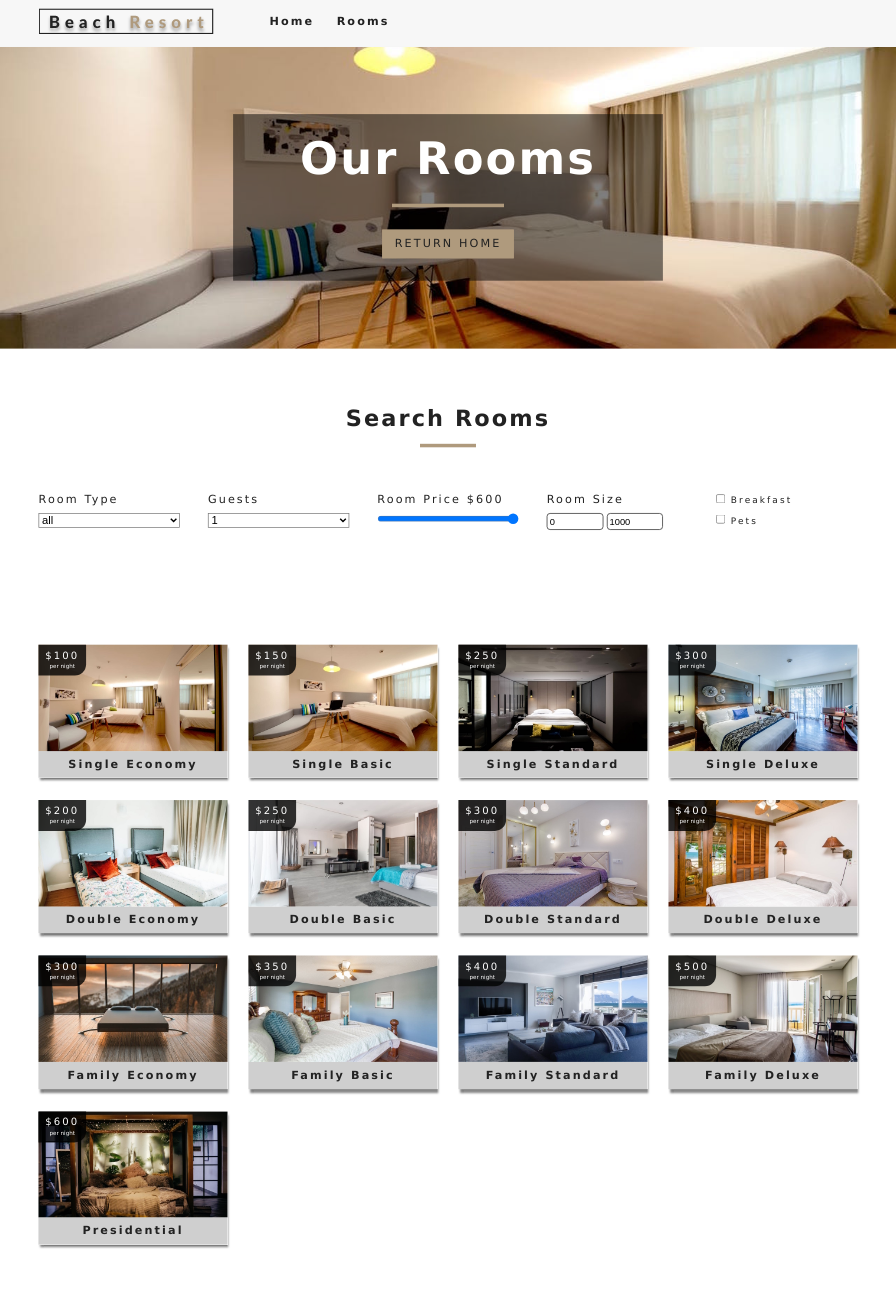
Repository: thanhn379/react-beach-resort
Page: /rooms
The author's editor kept a copy of each file at every save. The page is drawn from the files as they stood at one save, then again after the next save.
The browser window is 1280 px wide. The pictures show the whole page, at 70% of full size.
The page's requests for data from a server got no answer. The project was rebuilt for these pictures with package versions that can differ from the ones it lists, and the page was loaded fresh each time. No one was signed in, and anything a server would have sent is missing. Also part of the build but not shown: src/components/Services.js, src/components/FeaturedRooms.js, src/pages/Home.js, src/components/StyledHero.js, src/pages/SingleRoom.js, src/pages/Error.js.

Above is the page before, as saved 2019-11-20 11:50:31.

### public/index.html
<!DOCTYPE html>
<html lang="en">
  <head>
    <meta charset="utf-8" />
    <link rel="icon" href="%PUBLIC_URL%/favicon.ico" />
    <meta name="viewport" content="width=device-width, initial-scale=1" />
    <meta name="theme-color" content="#000000" />
    <meta
      name="description"
      content="Web site created using create-react-app"
    />
    <link rel="apple-touch-icon" href="logo192.png" />
    <!--
      manifest.json provides metadata used when your web app is installed on a
      user's mobile device or desktop. See https://developers.google.com/web/fundamentals/web-app-manifest/
    -->
    <link rel="manifest" href="%PUBLIC_URL%/manifest.json" />
    <!--
      Notice the use of %PUBLIC_URL% in the tags above.
      It will be replaced with the URL of the `public` folder during the build.
      Only files inside the `public` folder can be referenced from the HTML.

      Unlike "/favicon.ico" or "favicon.ico", "%PUBLIC_URL%/favicon.ico" will
      work correctly both with client-side routing and a non-root public URL.
      Learn how to configure a non-root public URL by running `npm run build`.
    -->
    <title>Resort recording</title>
  </head>
  <body>
    <noscript>You need to enable JavaScript to run this app.</noscript>
    <div id="root"></div>
    <!--
      This HTML file is a template.
      If you open it directly in the browser, you will see an empty page.

      You can add webfonts, meta tags, or analytics to this file.
      The build step will place the bundled scripts into the <body> tag.

      To begin the development, run `npm start` or `yarn start`.
      To create a production bundle, use `npm run build` or `yarn build`.
    -->
  </body>
</html>

### src/index.js
import React from "react";
import ReactDOM from "react-dom";
import { BrowserRouter as Router } from "react-router-dom";
// import './index.css';
import App from "./App";
import * as serviceWorker from "./serviceWorker";
import { RoomProvider } from "./context";

ReactDOM.render(
  <RoomProvider>
    <Router>
      <App />
    </Router>
  </RoomProvider>,
  document.getElementById("root")
);

// If you want your app to work offline and load faster, you can change
// unregister() to register() below. Note this comes with some pitfalls.
// Learn more about service workers: https://bit.ly/CRA-PWA
serviceWorker.unregister();

### src/App.js
import React from "react";
import "./App.css";

import NavBar from "./components/NavBar";

import Home from "./pages/Home";
import Rooms from "./pages/Rooms";
import SingleRoom from "./pages/SingleRoom";
import Error from "./pages/Error";

import { Route, Switch } from "react-router-dom";

function App() {
  return (
    <>
      <NavBar />
      <Switch>
        <Route exact path="/" component={Home} />
        <Route exact path="/rooms/" component={Rooms} />
        <Route exact path="/rooms/:slug/" component={SingleRoom} />
        <Route component={Error} />
      </Switch>
    </>
  );
}

export default App;

### src/context.js
import React, { Component } from "react";
import items from "./data";
import Client from "./Contentful";

Client.getEntries({ content_type: "beachResortRoom" })
  .then(response => console.log(response.items))
  .catch(console.error);

const RoomContext = React.createContext();

class RoomProvider extends Component {
  state = {
    rooms: [],
    sortedRooms: [],
    featuredRooms: [],
    loading: true,
    type: "all",
    capacity: 1,
    price: 0,
    minPrice: 0,
    maxPrice: 0,
    minSize: 0,
    maxSize: 0,
    breakfast: false,
    pets: false
  };

  //getData

  componentDidMount() {
    // this.getData
    let rooms = this.formatData(items);
    let featuredRooms = rooms.filter(room => room.featured === true);

    let maxPrice = Math.max(...rooms.map(item => item.price));
    let maxSize = Math.max(...rooms.map(item => item.size));

    this.setState({
      rooms,
      featuredRooms,
      sortedRooms: rooms,
      loading: false,
      price: maxPrice,
      maxPrice,
      maxSize
    });
  }

  formatData(items) {
    let tempItems = items.map(item => {
      let id = item.sys.id;
      let images = item.fields.images.map(image => image.fields.file.url);

      let room = { ...item.fields, images, id };

      return room;
    });

    return tempItems;
  }

  getRoom = slug => {
    let tempRooms = [...this.state.rooms];
    const room = tempRooms.find(room => room.slug === slug);
    return room;
  };

  handleChange = event => {
    let target = event.target;
    let value = target.type === "checkbox" ? target.checked : target.value;
    let name = target.name;

    this.setState({ [name]: value }, this.filterRooms);
  };

  filterRooms = () => {
    let {
      rooms,
      type,
      capacity,
      price,
      minSize,
      maxSize,
      breakfast,
      pets
    } = this.state;

    let tempRooms = [...rooms];

    // transform value
    capacity = parseInt(capacity);
    price = parseInt(price);

    // filter by types
    if (type !== "all") {
      tempRooms = tempRooms.filter(room => room.type === type);
    }

    // filter by capacity
    if (capacity !== 1) {
      tempRooms = tempRooms.filter(room => room.capacity >= capacity);
    }

    // filter by price
    tempRooms = tempRooms.filter(room => room.price <= price);

    // filter by size
    tempRooms = tempRooms.filter(
      room => room.size >= minSize && room.size <= maxSize
    );

    // filter by breakfast
    if (breakfast) {
      tempRooms = tempRooms.filter(room => room.breakfast === true);
    }

    // filter by pets
    if (pets) {
      tempRooms = tempRooms.filter(room => room.pets === true);
    }

    this.setState({ sortedRooms: tempRooms });
  };

  render() {
    return (
      <RoomContext.Provider
        value={{
          ...this.state,
          getRoom: this.getRoom,
          handleChange: this.handleChange
        }}
      >
        {this.props.children}
      </RoomContext.Provider>
    );
  }
}

const RoomConsumer = RoomContext.Consumer;

export function withRoomConsumer(Component) {
  return function consumerWrapper(props) {
    return (
      <RoomConsumer>
        {value => <Component {...props} context={value} />}
      </RoomConsumer>
    );
  };
}

export { RoomProvider, RoomConsumer, RoomContext };

### src/components/NavBar.js
import React, { Component } from "react";
import Logo from "../images/logo.svg";
import { FaAlignRight } from "react-icons/fa";
import { Link } from "react-router-dom";

export default class NavBar extends Component {
  state = {
    isOpen: false
  };
  handleToggle = () => {
    this.setState({ isOpen: !this.state.isOpen });
  };
  render() {
    return (
      <nav className="navbar">
        <div className="nav-center">
          <div className="nav-header">
            <Link to="/">
              <img src={Logo} alt="Beach Resort" />
            </Link>
            <button
              type="button"
              className="nav-btn"
              onClick={this.handleToggle}
            >
              <FaAlignRight className="nav-icon" />
            </button>
          </div>
          <ul
            className={this.state.isOpen ? "nav-links show-nav" : "nav-links"}
          >
            <li>
              <Link to="/">Home</Link>
            </li>
            <li>
              <Link to="/rooms">Rooms</Link>
            </li>
          </ul>
        </div>
      </nav>
    );
  }
}

### src/pages/Rooms.js
import React from "react";
import Hero from "../components/Hero";
import Banner from "../components/Banner";
import { Link } from "react-router-dom";
import RoomContainer from "../components/RoomContainer";

const Rooms = () => {
  return (
    <>
      <Hero hero="roomsHero">
        <Banner title="our rooms">
          <Link to="/" className="btn-primary">
            return home
          </Link>
        </Banner>
      </Hero>

      <RoomContainer />
    </>
  );
};

export default Rooms;

### src/Contentful.js
import {createClient} from "contentful";

export default createClient({
  space: "280oqwddrwem",
  accessToken: "m4u2tR89rc--mE-9Y0c_7mpHPYY8ADHPvfSeJjHR0IU"
})

### src/components/RoomContainer.js
import React from "react";
import RoomFilter from "./RoomFilter";
import RoomList from "./RoomList";
import { withRoomConsumer } from "../context";
import Loading from "./Loading";

function RoomContainer({ context }) {
  const { loading, sortedRooms, rooms } = context;
  if (loading) {
    return <Loading />;
  }

  return (
    <>
      <RoomFilter rooms={rooms} />
      <RoomList rooms={sortedRooms} />
    </>
  );
}

export default withRoomConsumer(RoomContainer);

// import React from "react";
// import RoomFilter from "./RoomFilter";
// import RoomList from "./RoomList";
// import { RoomConsumer } from "../context";
// import Loading from "./Loading";

// export default function RoomContainer() {
//   return (
//     <RoomConsumer>
//       {value => {
//         const { loading, sortedRooms, rooms } = value;
//         if (loading) {
//           return <Loading />;
//         }

//         return (
//           <div>
//             hello from rooms container
//             <RoomFilter rooms={rooms} />
//             <RoomList rooms={sortedRooms} />
//           </div>
//         );
//       }}
//     </RoomConsumer>
//   );
// }

### src/components/Loading.js
import React from "react";
import loadingGif from "../images/gif/loading-arrow.gif";

export default function Loading() {
  return (
    <div className="loading">
      <h4>rooms data loading ...</h4>
      <img src={loadingGif} alt="" />
    </div>
  );
}

### src/components/Room.js
import React from "react";
import { Link } from "react-router-dom";
import defaultImg from "../images/room-1.jpeg";
import PropTypes from "prop-types";

export default function Room({ room }) {
  let { name, slug, images, price } = room;

  return (
    <article className="room">
      <div className="img-container">
        <img src={images[0] || defaultImg} alt="single room" />
        <div className="price-top">
          <h6>${price}</h6>
          <p>per night</p>
        </div>
        <Link to={`/rooms/${slug}`} className="btn-primary room-link">
          Features
        </Link>
      </div>
      <p className="room-info">{name}</p>
    </article>
  );
}

Room.propTypes = {
  room: PropTypes.shape({
    name: PropTypes.string.isRequired,
    slug: PropTypes.string.isRequired,
    images: PropTypes.arrayOf(PropTypes.string).isRequired,
    price: PropTypes.number.isRequired
  })
};

### src/components/RoomFilter.js
import React from "react";
import { useContext } from "react";
import { RoomContext } from "../context";
import Title from "../components/Title";

const getUnique = (items, value) => {
  return [...new Set(items.map(item => item[value]))];
};

export default function RoomsFilter({ rooms }) {
  const context = useContext(RoomContext);
  const {
    handleChange,
    type,
    capacity,
    price,
    minPrice,
    maxPrice,
    minSize,
    maxSize,
    breakfast,
    pets
  } = context;

  // get unique types
  let types = getUnique(rooms, "type");
  // add all
  types = ["all", ...types];
  // map to jsx
  types = types.map((item, index) => (
    <option key={index} value={item}>
      {item}
    </option>
  ));

  let people = getUnique(rooms, "capacity");
  people = people.map((item, index) => (
    <option key={index} value={item}>
      {item}
    </option>
  ));

  return (
    <section className="filter-container">
      <Title title="search rooms" />
      <form className="filter-form">
        {/* select type */}
        <div className="form-group">
          <label htmlFor="type">room type</label>
          <select
            name="type"
            id="type"
            onChange={handleChange}
            className="form-control"
            value={type}
          >
            {types}
          </select>
        </div>
        {/* end of select type */}
        {/* guests */}
        <div className="form-group">
          <label htmlFor="capacity">guests</label>
          <select
            name="capacity"
            id="capacity"
            onChange={handleChange}
            className="form-control"
            value={capacity}
          >
            {people}
          </select>
        </div>
        {/* end of guests */}
        {/* price */}
        <div className="form-group">
          <label htmlFor="price">room price ${price}</label>
          <input
            type="range"
            name="price"
            id="price"
            min={minPrice}
            max={maxPrice}
            value={price}
            onChange={handleChange}
            className="form-control"
          />
        </div>
        {/* end of room price */}

        {/* size */}
        <div className="form-group">
          <label htmlFor="size">room size</label>
          <div className="size-inputs">
            <input
              type="number"
              name="minSize"
              id="size"
              value={minSize}
              onChange={handleChange}
              className="size-input"
            />
            <input
              type="number"
              name="maxSize"
              id="size"
              value={maxSize}
              onChange={handleChange}
              className="size-input"
            />
          </div>
        </div>
        {/* end of room size */}

        {/* extras */}
        <div className="form-group">
          <div className="single-extra">
            <input
              type="checkbox"
              name="breakfast"
              id="breakfast"
              checked={breakfast}
              onChange={handleChange}
            />
            <label htmlFor="breakfast">breakfast</label>
          </div>
          <div className="single-extra">
            <input
              type="checkbox"
              name="pets"
              id="pets"
              checked={pets}
              onChange={handleChange}
            />
            <label htmlFor="pets">pets</label>
          </div>
        </div>
        {/* end of extras */}
      </form>
    </section>
  );
}

### src/components/RoomList.js
import React from "react";
import Room from "./Room";

export default function RoomsList({ rooms }) {
  if (rooms.length === 0) {
    return (
      <div className="empty-search">
        <h3>unfortunately no rooms matched search parameters</h3>
      </div>
    );
  }
  return (
    <section className="roomslist">
      <div className="roomslist-center">
        {rooms.map(item => {
          return <Room key={item.id} room={item} />;
        })}
      </div>
    </section>
  );
}

Loaded but not shown: src/serviceWorker.js (common file); src/App.css (common file); src/components/Hero.js (common file); src/components/Banner.js (common file); src/components/Title.js (common file); src/data.js (760 lines, source omitted)

After the next save:
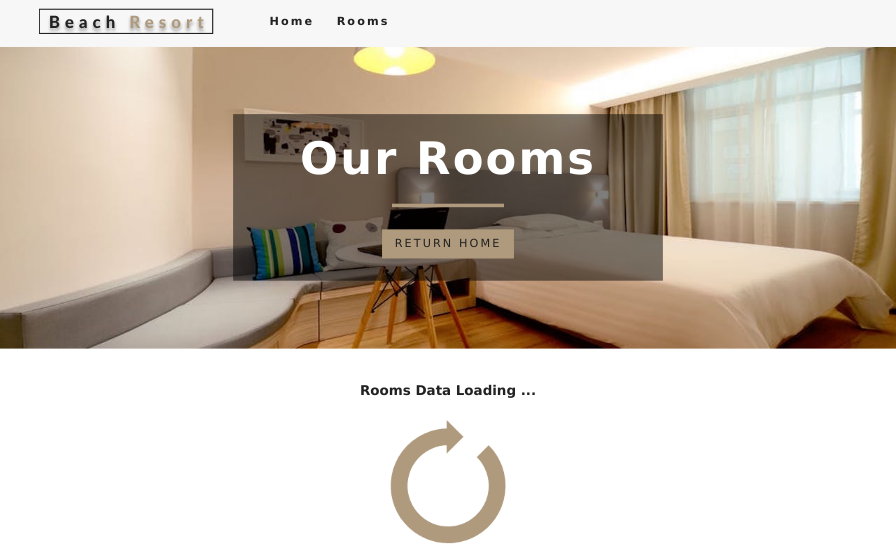
Saved 9 min 12 s later.
--- a/src/context.js
+++ b/src/context.js
@@ -1,10 +1,5 @@
 import React, { Component } from "react";
-import items from "./data";
 import Client from "./Contentful";
-
-Client.getEntries({ content_type: "beachResortRoom" })
-  .then(response => console.log(response.items))
-  .catch(console.error);
 
 const RoomContext = React.createContext();
 
@@ -25,25 +20,34 @@ class RoomProvider extends Component {
     pets: false
   };
 
-  //getData
+  getData = async () => {
+    try {
+      let response = await Client.getEntries({
+        content_type: "beachResortRoom"
+      });
+
+      let rooms = this.formatData(response.items);
+      let featuredRooms = rooms.filter(room => room.featured === true);
+
+      let maxPrice = Math.max(...rooms.map(item => item.price));
+      let maxSize = Math.max(...rooms.map(item => item.size));
+
+      this.setState({
+        rooms,
+        featuredRooms,
+        sortedRooms: rooms,
+        loading: false,
+        price: maxPrice,
+        maxPrice,
+        maxSize
+      });
+    } catch (error) {
+      console.log(error);
+    }
+  };
 
   componentDidMount() {
-    // this.getData
-    let rooms = this.formatData(items);
-    let featuredRooms = rooms.filter(room => room.featured === true);
-
-    let maxPrice = Math.max(...rooms.map(item => item.price));
-    let maxSize = Math.max(...rooms.map(item => item.size));
-
-    this.setState({
-      rooms,
-      featuredRooms,
-      sortedRooms: rooms,
-      loading: false,
-      price: maxPrice,
-      maxPrice,
-      maxSize
-    });
+    this.getData();
   }
 
   formatData(items) {
